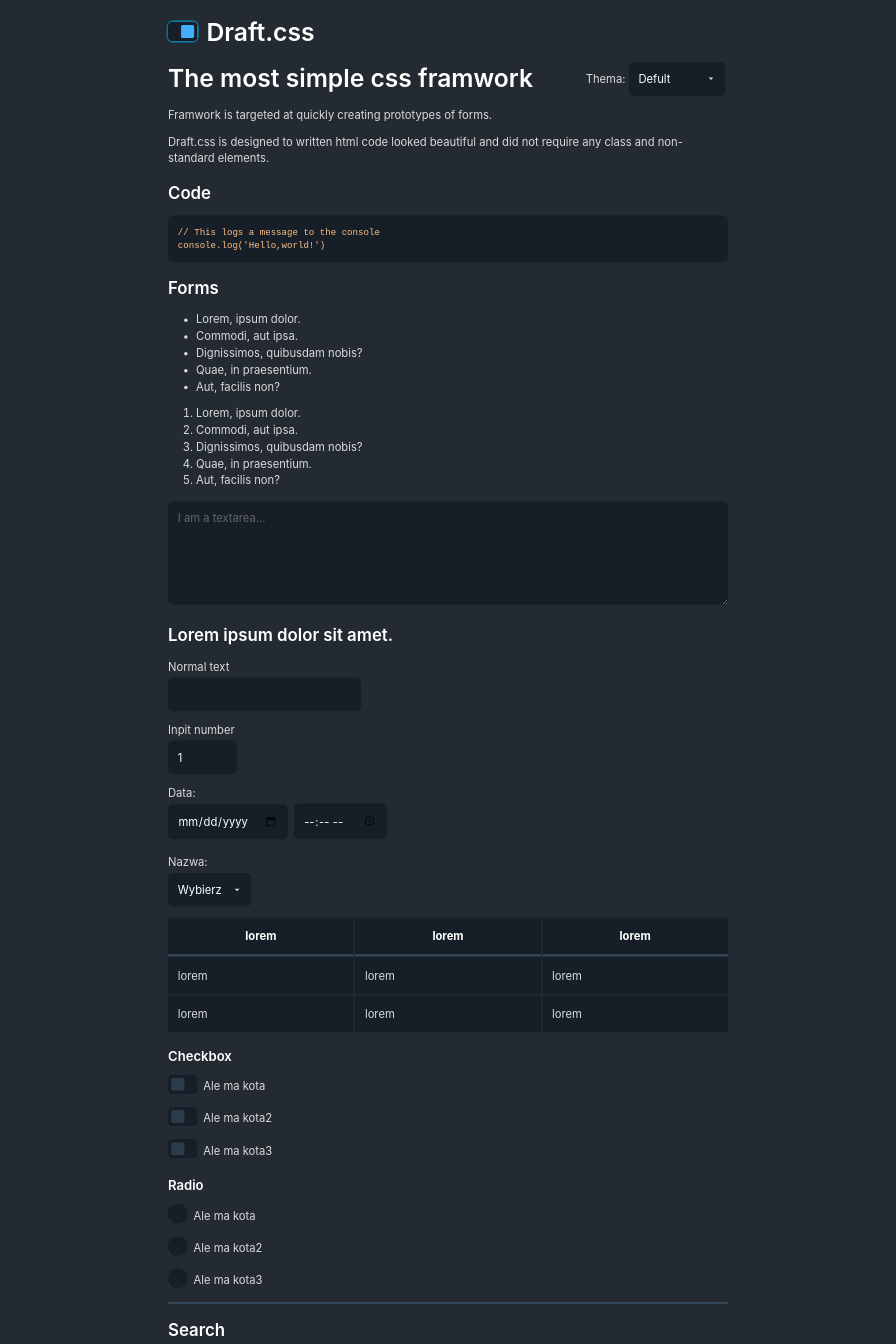
Repository: KozakBartosz/Draft
Page: index.html
An editor plug-in stored every save of this project. The page is shown before and after the next save, followed by the edit.
The browser window is 1280 px wide. The pictures show the part of the page from y = 0 to 1920 px (the page is 3549 px tall before and 3723 px after), at 70% of full size.

Above is the page before, as saved 2019-04-12 08:14:35.

After the next save:
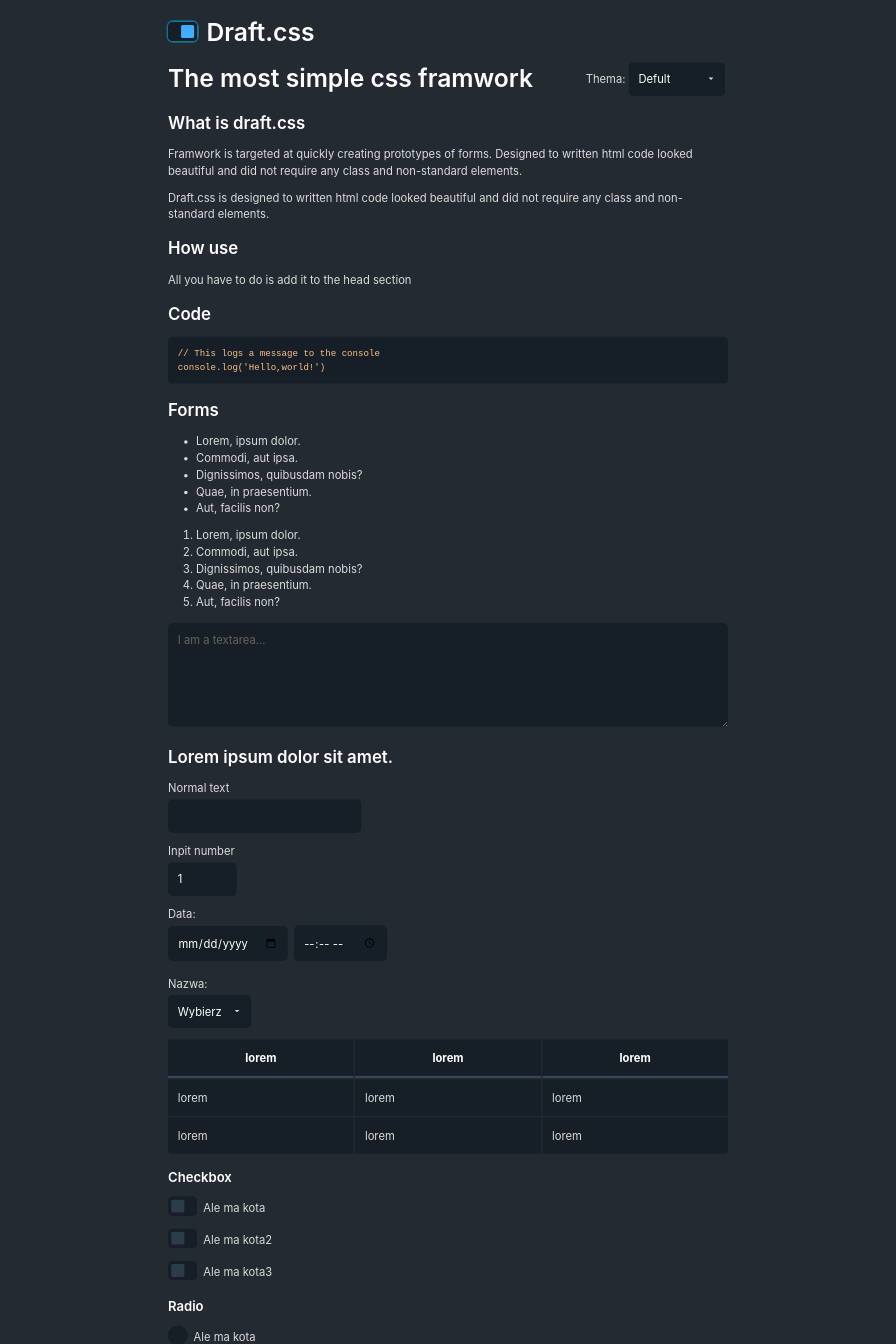
Saved 16 min 43 s later.
--- a/index.html
+++ b/index.html
@@ -20,14 +20,18 @@
 			</select>
 		</div>
 		<h1>The most simple css framwork</h1>
-
+		<h2>What is draft.css</h2>
 		<p>
 			Framwork is targeted at quickly creating prototypes of forms.
+			Designed to written html code looked beautiful and did not require
+			any class and non-standard elements.
 		</p>
 		<p>
 			Draft.css is designed to written html code looked beautiful and did
 			not require any class and non-standard elements.
 		</p>
+		<h2>How use</h2>
+		<p>All you have to do is add it to the head section</p>
 
 		<h2>Code</h2>
 		<pre><code>// This logs a message to the console<br />console.log('Hello,world!')</code></pre>
